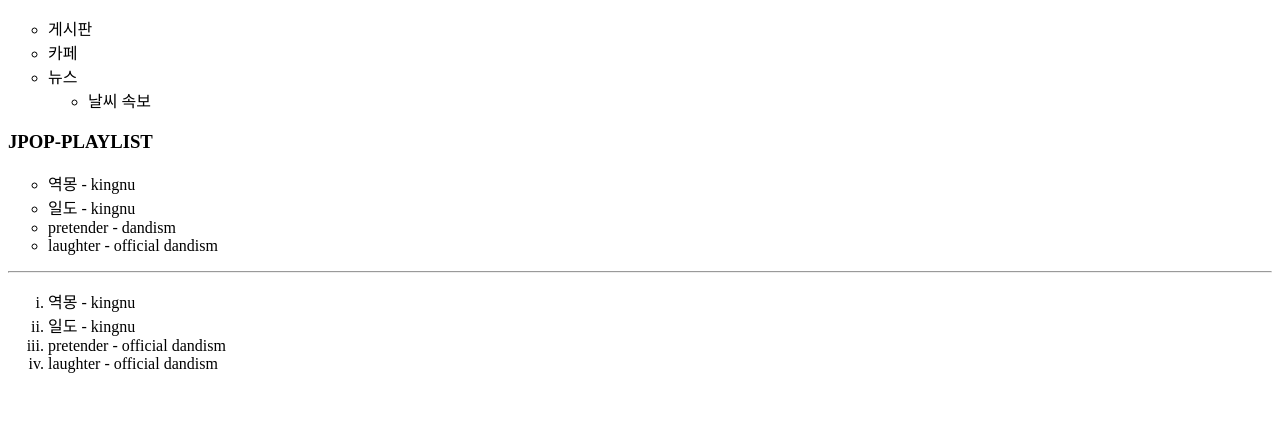
Repository: younseochoi/AI_PLATFORM
Page: my_code/03_web/html/src/main/webapp/list.html
These files come from the project's save history. The page is drawn as it stood at one moment and after the next save; the edit follows.
The browser window is 1280 px wide. The pictures show the whole page.

Above is the page before, as saved 2022-07-21 06:22:39.

After the next save:
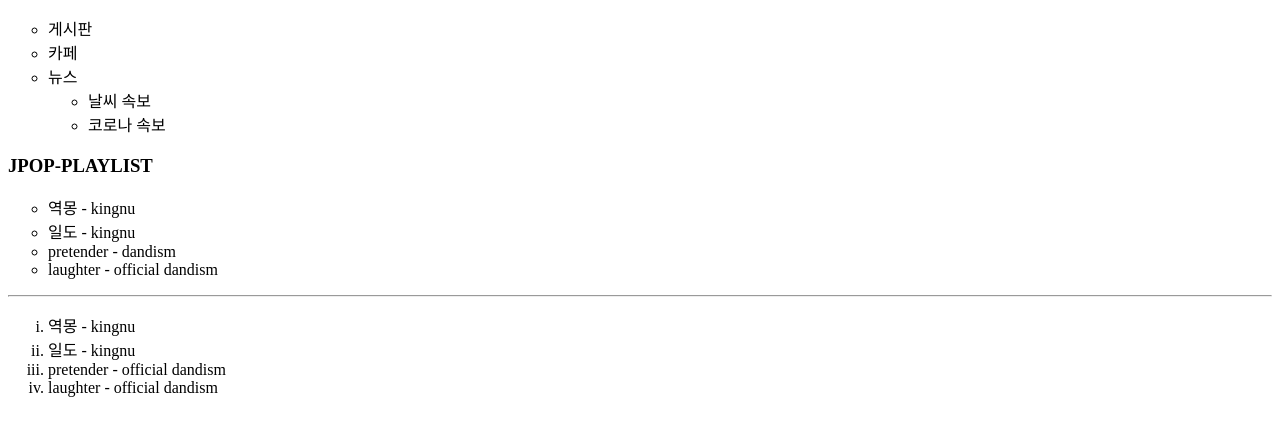
Saved 8 s later.
--- a/my_code/03_web/html/src/main/webapp/list.html
+++ b/my_code/03_web/html/src/main/webapp/list.html
@@ -11,6 +11,7 @@
 	<li>뉴스
 		<ul>
 			<li>날씨 속보</li>
+			<li>코로나 속보</li>
 		</ul>
 	</li>
 
